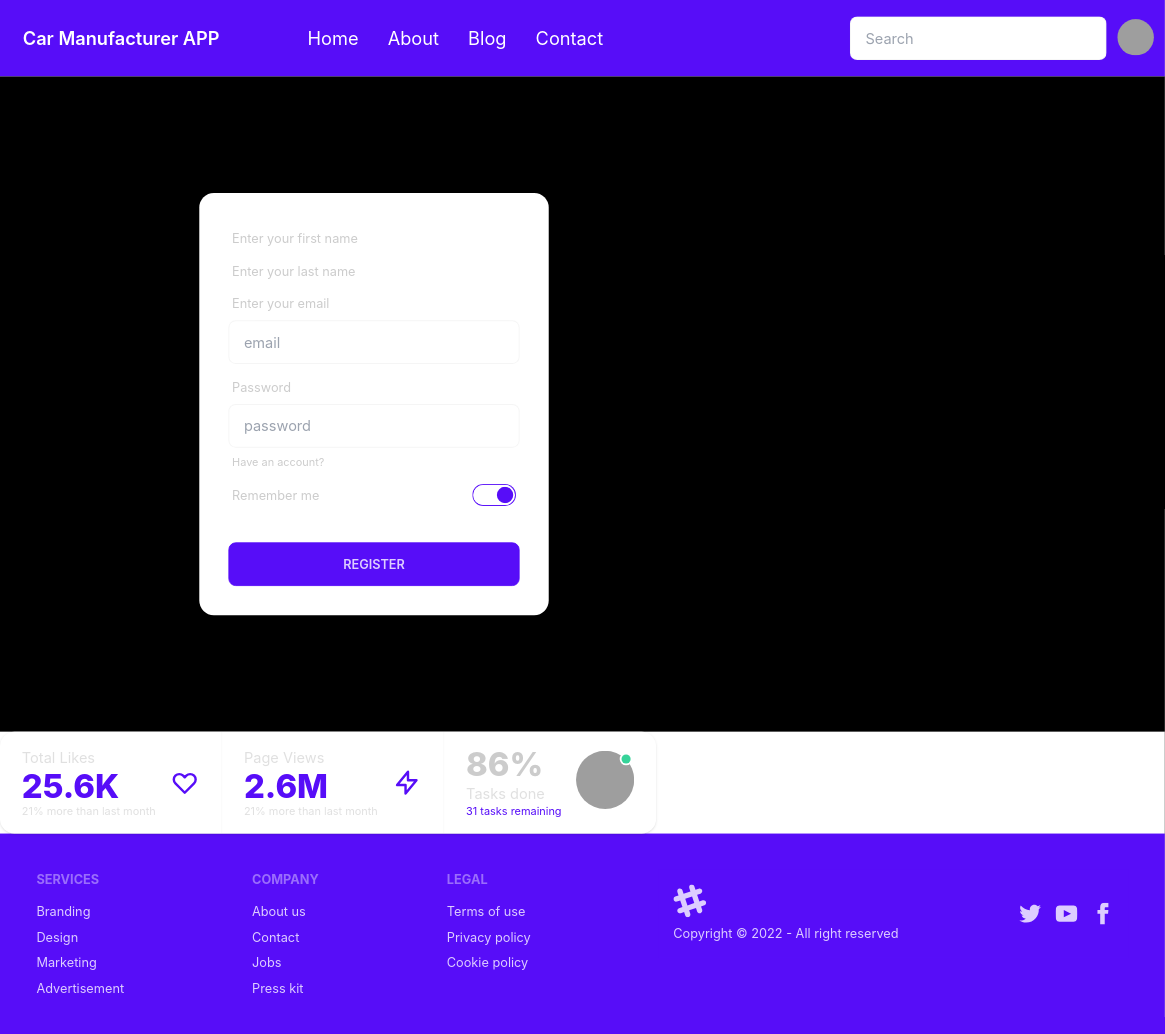
Repository: devsajid/car-manufacturer-app
Page: /register
The author's editor kept a copy of each file at every save. The page is drawn from the files as they stood at one save, then again after the next save.
The browser window is 1280 px wide. The pictures show the whole page, at 91% of full size.
Pictures or frames that could not be fetched are drawn as grey boxes. The project was rebuilt for these pictures with package versions that can differ from the ones it lists, and the page was loaded fresh each time. Also part of the build but not shown: src/App.css, src/Pages/Home/Home.js, src/Pages/About/About.js, src/Pages/Blog/Blog.js, src/Pages/Contact/Contact.js, src/Pages/Register/Login/Login.js.

Above is the page before, as saved 2022-05-22 23:03:00.

After the next save:
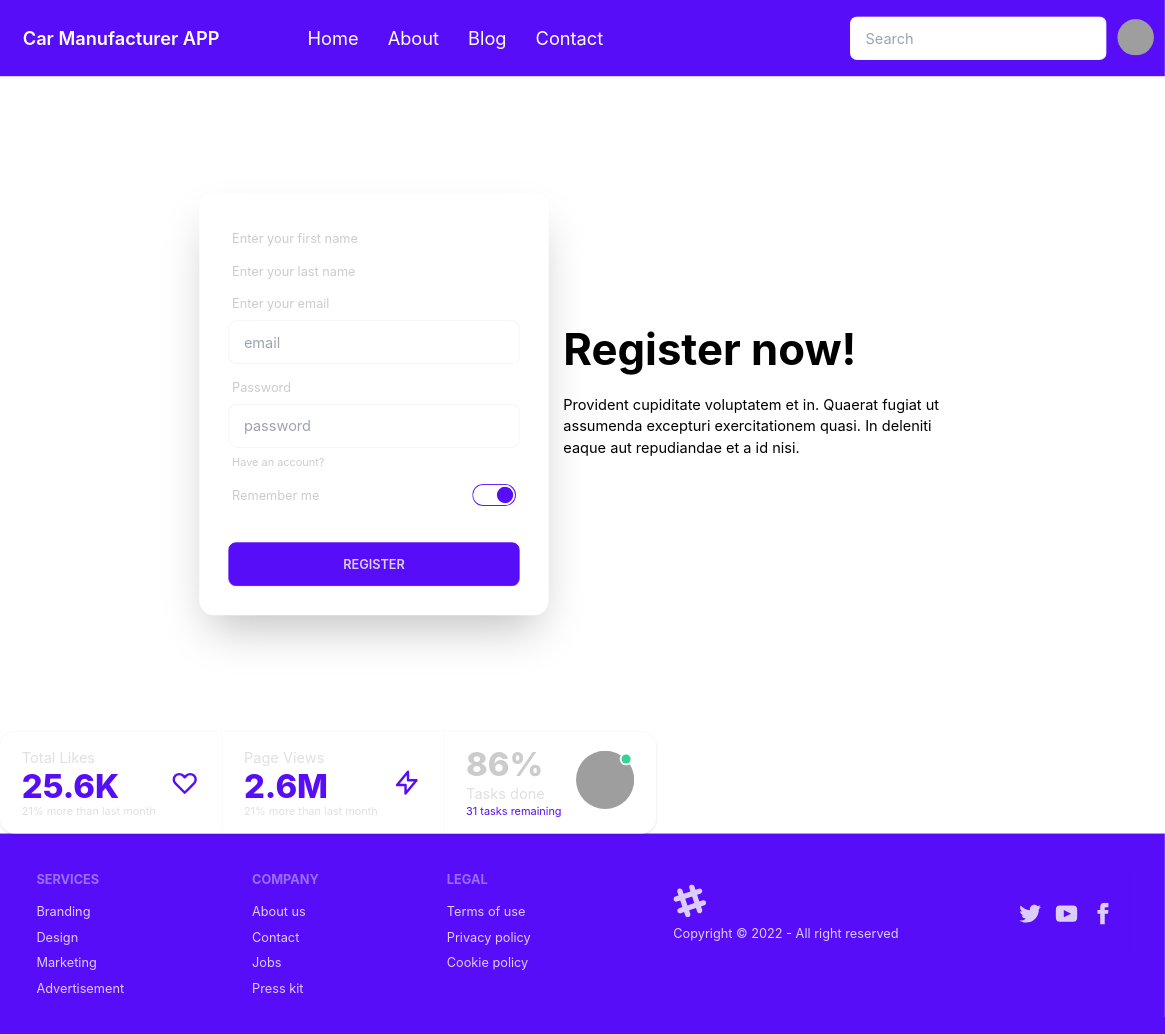
Saved 118 s later.
--- a/src/Pages/Register/Register.js
+++ b/src/Pages/Register/Register.js
@@ -4,7 +4,7 @@ import { Link } from "react-router-dom";
 const Register = () => {
   return (
     <div>
-      <div class="hero min-h-screen bg-base-200">
+      <div class="hero min-h-screen bg-base-100">
         <div class="hero-content flex-col lg:flex-row-reverse">
           <div class="text-center lg:text-left" style={{ width: "30rem" }}>
             <h1 class="text-5xl font-bold text-black">Register now!</h1>
